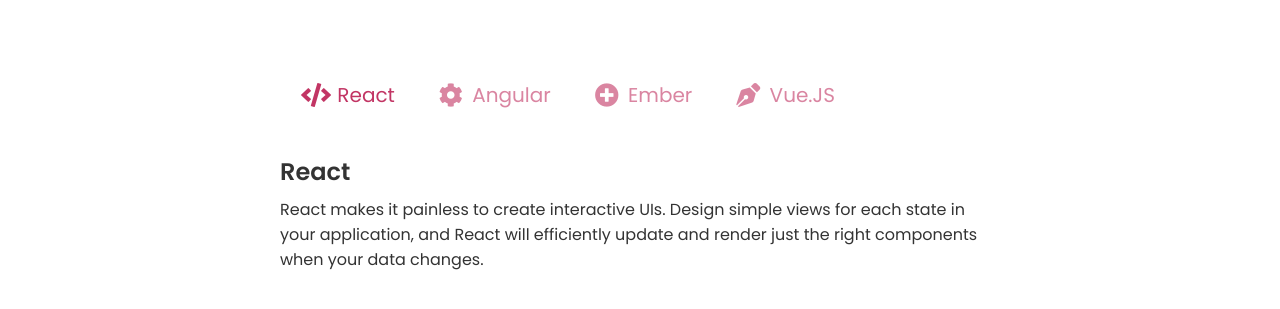
Repository: anhyen2k/tab-ui-demo
Page: index.html
The author's editor kept a copy of each file at every save. The page is drawn from the files as they stood at one save, then again after the next save.
The browser window is 1280 px wide. The pictures show the whole page.

Above is the page before, as saved 2022-08-04 18:09:13.

### index.html
<!DOCTYPE html>
<html lang="en">
<head>
    <meta charset="UTF-8">
    <meta http-equiv="X-UA-Compatible" content="IE=edge">
    <meta name="viewport" content="width=device-width, initial-scale=1.0">
    <link rel="preconnect" href="https://fonts.gstatic.com">
    <link rel="stylesheet" href="https://cdnjs.cloudflare.com/ajax/libs/font-awesome/5.15.2/css/all.min.css" integrity="sha512-HK5fgLBL+xu6dm/Ii3z4xhlSUyZgTT9tuc/hSrtw6uzJOvgRr2a9jyxxT1ely+B+xFAmJKVSTbpM/CuL7qxO8w==" crossorigin="anonymous" />
    <link href="https://fonts.googleapis.com/css2?family=Poppins:wght@300;400;500;600&display=swap" rel="stylesheet">
    <link rel="stylesheet" href="./style.css">
    <script type="module" src="./main.js"></script>

    <title>Tab UI</title>
</head>
<body>
    <div>
        <!-- Tab items -->
        <div class="tabs">
          <div class="tab-item active">
            <i class="tab-icon fas fa-code"></i>
            React
          </div>
          <div class="tab-item">
            <i class="tab-icon fas fa-cog"></i>
            Angular
          </div>
          <div class="tab-item">
            <i class="tab-icon fas fa-plus-circle"></i>
            Ember
          </div>
          <div class="tab-item">
            <i class="tab-icon fas fa-pen-nib"></i>
            Vue.JS
          </div>
          <div class="line"></div>
        </div>

        <!-- Tab content -->
        <div class="tab-content">
          <div class="tab-pane active">
            <h2>React</h2>
            <p>React makes it painless to create interactive UIs. Design simple views for each state in your application, and React will efficiently update and render just the right components when your data changes.</p>
          </div>
          <div class="tab-pane">
            <h2>Angular</h2>
            <p>Angular is an application design framework and development platform for creating efficient and sophisticated single-page apps.</p>
          </div>
          <div class="tab-pane">
            <h2>Ember</h2>
            <p>Ember.js is a productive, battle-tested JavaScript framework for building modern web applications. It includes everything you need to build rich UIs that work on any device.</p>
          </div>
          <div class="tab-pane">
            <h2>Vue.js</h2>
            <p>Vue (pronounced /vjuː/, like view) is a progressive framework for building user interfaces. Unlike other monolithic frameworks, Vue is designed from the ground up to be incrementally adoptable. </p>
          </div>
        </div>
      </div>
</body>
</html>

### style.css
* {
    padding: 0;
    margin: 0;
    box-sizing: border-box;
  }
  body {
    display: flex;
    font-family: "Poppins", sans-serif;
  }
  body > div {
    margin: 5% auto 0;
    max-width: 720px;
  }
  .tabs {
    display: flex;
    position: relative;
  }
  .tabs .line {
    position: absolute;
    left: 0;
    bottom: 0;
    width: 0;
    height: 6px;
    border-radius: 15px;
    background-color: #c23564;
    transition: all 0.2s ease;
  }
  .tab-item {
    min-width: 80px;
    padding: 16px 20px 11px 20px;
    font-size: 20px;
    text-align: center;
    color: #c23564;
    background-color: #fff;
    border-top-left-radius: 5px;
    border-top-right-radius: 5px;
    border-bottom: 5px solid transparent;
    opacity: 0.6;
    cursor: pointer;
    transition: all 0.5s ease;
  }
  .tab-icon {
    font-size: 24px;
    width: 32px;
    position: relative;
    top: 2px;
  }
  .tab-item:hover {
    opacity: 1;
    background-color: rgba(194, 53, 100, 0.05);
    border-color: rgba(194, 53, 100, 0.1);
  }
  .tab-item.active {
    opacity: 1;
  }
  .tab-content {
    padding: 28px 0;
  }
  .tab-pane {
    color: #333;
    display: none;
  }
  .tab-pane.active {
    display: block;
  }
  .tab-pane h2 {
    font-size: 24px;
    margin-bottom: 8px;
  }

### main.js
const $ = document.querySelector.bind(document);
const $$ = document.querySelectorAll.bind(document);

const tabs = $$('.tab-item')
const panes = $$('.tab-pane')

const tabActive = $('.tab-item.active')
const line = $('.tabs .line')
console.log(line)

tabs.forEach((tab, index) => {
    const pane = panes[index]
    tab.onclick = function () {
        $('.tab-item.active').classList.remove('active')
        $('.tab-pane.active').classList.remove('active')
        this.classList.add('active')
        pane.classList.add('active')
    }
});

After the next save:
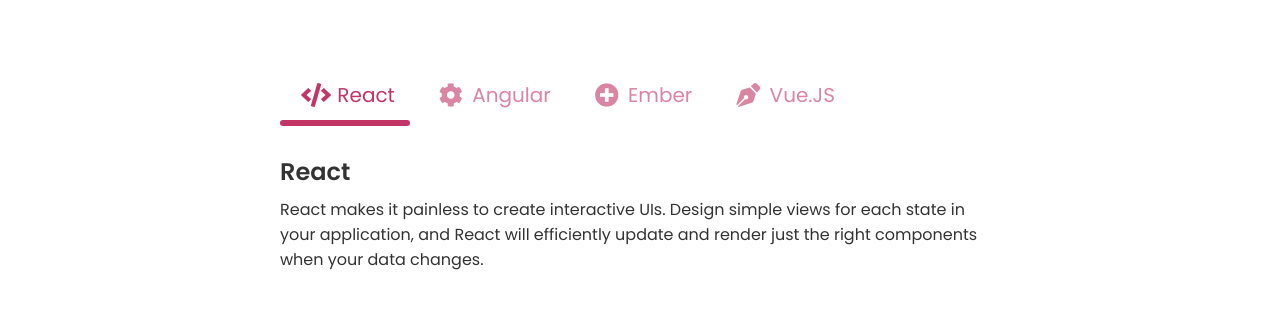
Saved 2 min 24 s later.
--- a/main.js
+++ b/main.js
@@ -6,7 +6,9 @@
 
 const tabActive = $('.tab-item.active')
 const line = $('.tabs .line')
-console.log(line)
+
+line.style.left = tabActive.offsetLeft + 'px'
+line.style.width = tabActive.offsetWidth + 'px'
 
 tabs.forEach((tab, index) => {
     const pane = panes[index]
